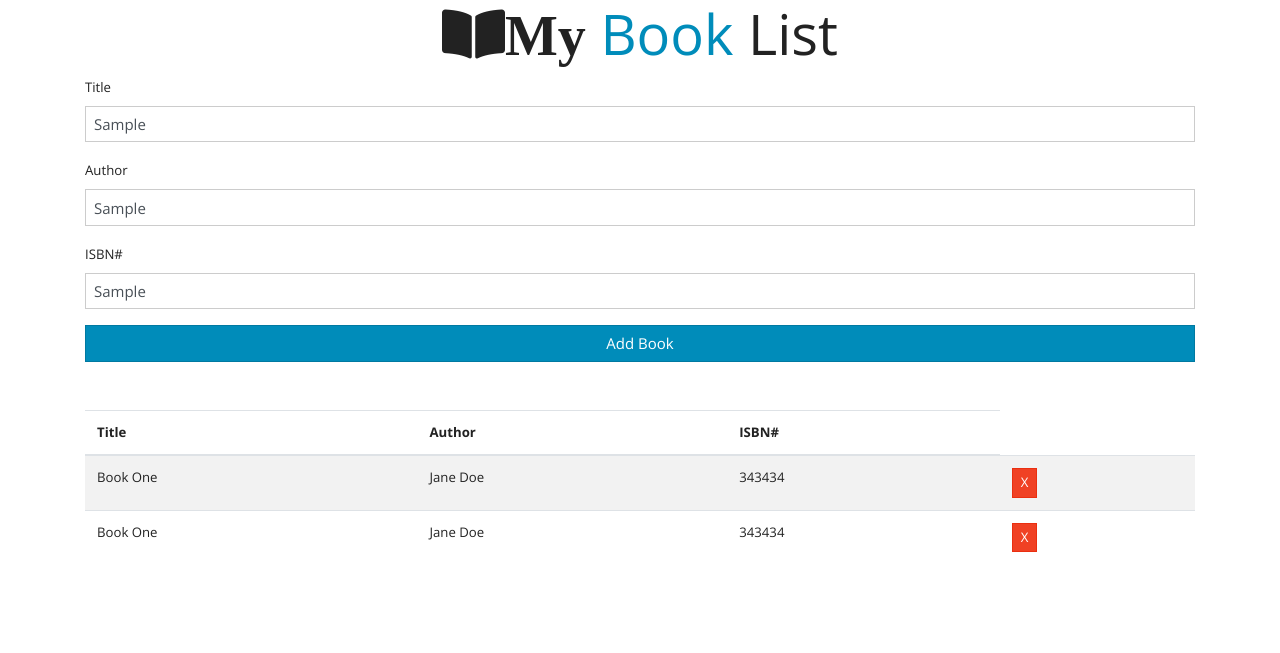
Repository: konstantin0s/bookList
Page: index.html
The author's editor kept a copy of each file at every save. The page is drawn from the files as they stood at one save, then again after the next save.
The browser window is 1280 px wide. The pictures show the whole page.
Empty fields were first filled with sample values (such as "Sample", 5 or name@example.com).
After loading, the first visible `#book-list` was clicked once.
Some web libraries are served in a nearby version.

Above is the page before, as saved 2018-12-24 23:28:39.

### index.html
<!DOCTYPE html>
<html lang="en">
<head>
  <meta charset="UTF-8">
  <meta name="viewport" content="width=device-width, initial-scale=1.0">
  <meta http-equiv="X-UA-Compatible" content="ie=edge">
  <link rel="stylesheet" href="https://bootswatch.com/4/yeti/bootstrap.min.css">
  <link rel="stylesheet" href="https://use.fontawesome.com/releases/v5.6.3/css/all.css" integrity="sha384-UHRtZLI+pbxtHCWp1t77Bi1L4ZtiqrqD80Kn4Z8NTSRyMA2Fd33n5dQ8lWUE00s/" crossorigin="anonymous">
  <title>Book List</title>
</head>
<body>
  <div class="container">
    <h1 class="display-4 text-center"><i class="fas fa-book-open">My</i> <span class="text-primary">Book</span> List</h1>
  <form action="" id="book-form">
    <div class="form-group">
      <label for="title">Title</label>
      <input type="text" id="title" class="form-control">
    </div>
    <div class="form-group">
        <label for="author">Author</label>
        <input type="text" id="author" class="form-control">
      </div>
      <div class="form-group">
          <label for="isbn">ISBN#</label>
          <input type="text" id="isbn" class="form-control">
        </div>
        <input type="submit" value="Add Book" class="btn btn-primary btn-block">
  </form>
  <table>
    <table class="table table-striped mt-5">
      <thead>
        <tr>
          <th>Title</th>
          <th>Author</th>
          <th>ISBN#</th>
        </tr>
      </thead>
      <tbody id="book-list"></tbody>
    </table>
  </table>
  </div>

  <script type="text/javascript" src="js/app.js"></script>
</body>
</html>

### js/app.js
//Book class: Represents a book
class Book {
  constructor(title, author, isbn) {
  this.title = title;
  this.author = author;
  this.isbn = isbn;
  }
}

//Ui Class: Handles UI Tasks
class UI {
static displayBooks() {
  const StoredBooks = [
    {
      title: 'Book One',
      author: 'Jane Doe',
      isbn: '343434'
    },
    {
      title: 'Book One',
      author: 'Jane Doe',
      isbn: '343434'
    }
  ];
  const books = StoredBooks;
  books.forEach((book) => UI.addBookToList(book));
 }
 static addBookToList(book) {
      const list = document.querySelector("#book-list");

      const row = document.createElement("tr");

      row.innerHTML = `
      <td>${book.title}</td>
      <td>${book.author}</td>
      <td>${book.isbn}</td>
      <td><a href="#" class="btn btn-danger btn-sm delete">X</a></td>
      `;

      list.appendChild(row);
 }

 static deleteBook(el) {
   if (el.classList.contains("delete")) {
     el.parentElement.parentElement.remove();
   }
 }

 static showAlert(message, className) {
   const div = document.createElement('div');
   div.className = `
  alert alert-${className}
   `;
   div.appendChild(document.createTextNode(message));
   const container = document.querySelector('.container');
   const form = document.querySelector('#book-form');
   container.insertBefore(div, form);
   //Delete in 3 sec
   setTimeout(() => document.querySelector(".alert").remove(), 3000);
 }

 static clearFields() {
   document.querySelector('#title').value = '';
   document.querySelector('#author').value = '';
   document.querySelector('#isbn').value = '';
 }
}
//Store Class : Handles Storage

//Events: Display Books
document.addEventListener('DOMContentLoaded', UI.displayBooks);

//Events: Add a Book
document.querySelector("#book-form").addEventListener("submit", (e) => {
  e.preventDefault();

const title = document.querySelector("#title").value;
const author = document.querySelector("#author").value;
const isbn = document.querySelector("#isbn").value;

//Validate
if (title === '' || author === '' || isbn === '') {
UI.showAlert('Please fill in all fields', 'danger');
} else {
//Instantiate book
const book = new Book(title, author, isbn);


//Add book to UI
UI.addBookToList(book);

//Show success message
UI.showAlert('Book Added', 'success');

//Clear Fields
UI.clearFields();
}

});

//Events: Remove a Book
document.querySelector("#book-list").addEventListener("click", (e) => {
  UI.deleteBook(e.target);
})

After the next save:
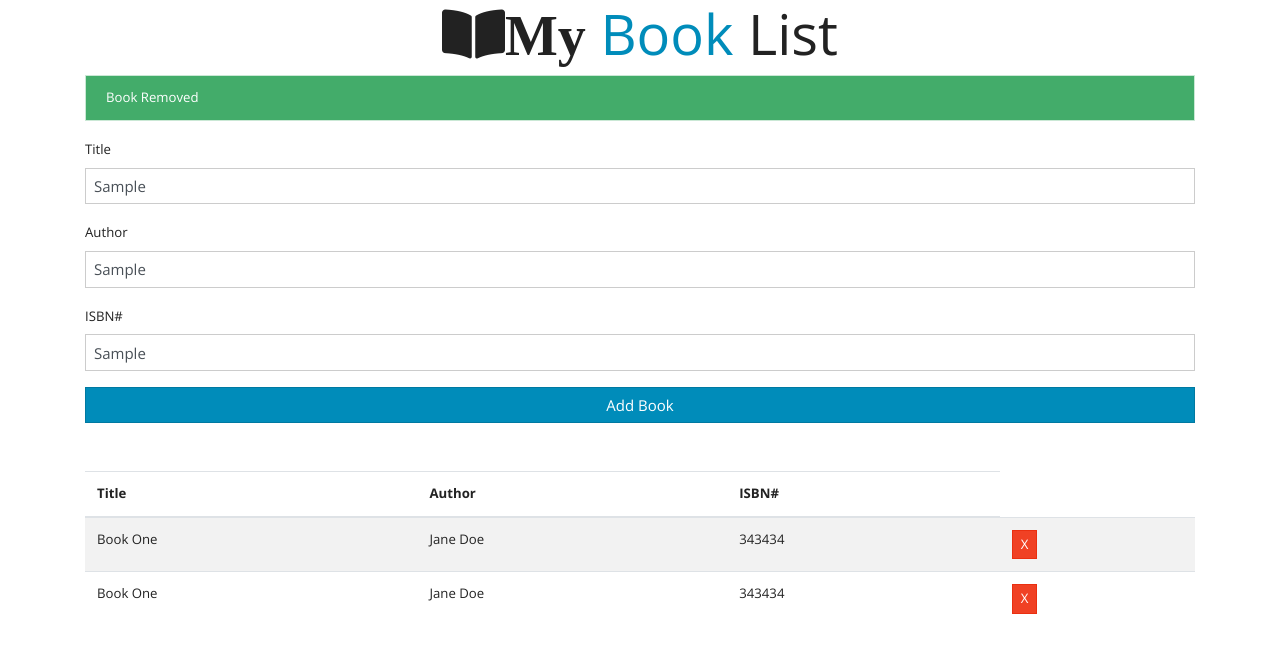
Saved 56 s later.
--- a/js/app.js
+++ b/js/app.js
@@ -101,4 +101,7 @@ UI.clearFields();
 //Events: Remove a Book
 document.querySelector("#book-list").addEventListener("click", (e) => {
   UI.deleteBook(e.target);
+
+  //Book removed
+  UI.showAlert('Book Removed', 'success');
 })
